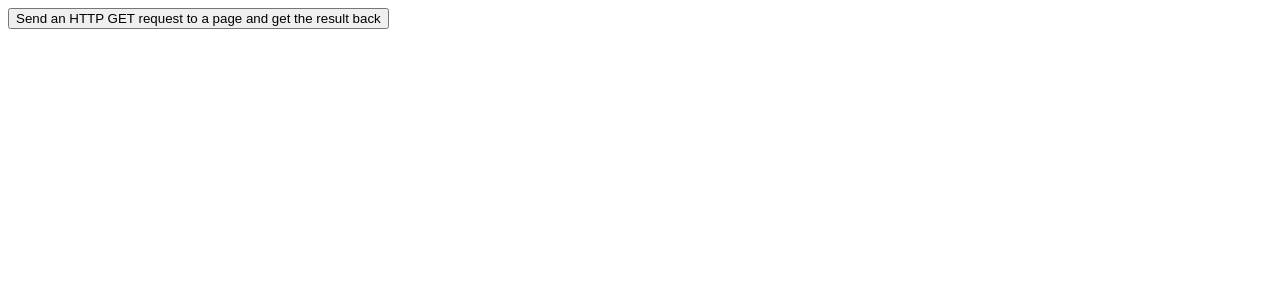
Repository: sudheerj/jQuery
Page: jQueryExamples/chapter07/Post.html
The author's editor kept a copy of each file at every save. The page is drawn from the files as they stood at one save, then again after a run of saves.
The browser window is 1280 px wide. The pictures show the whole page.

Above is the page before, as saved 2016-10-22 10:14:19.

After the next 2 saves:
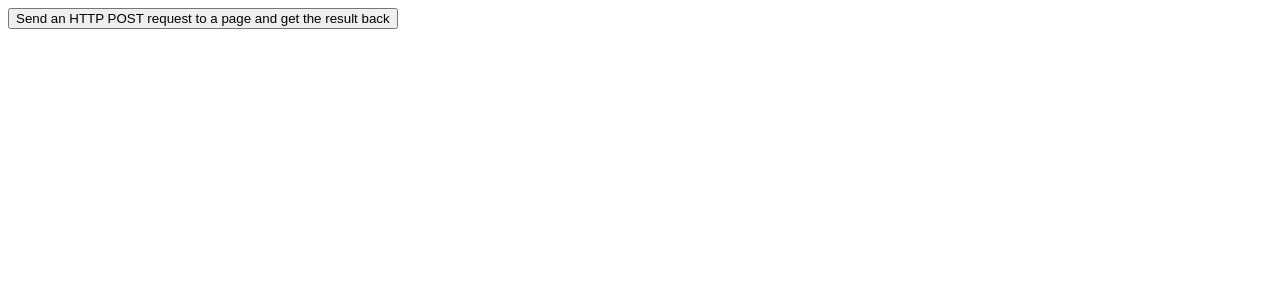
The 2 saves are shown as one change because they came seconds apart.
The last was saved 2 min 5 s later.
--- a/jQueryExamples/chapter07/Post.html
+++ b/jQueryExamples/chapter07/Post.html
@@ -6,7 +6,10 @@
 		<script>
 			$(document).ready(function() {
 				$("button").click(function() {
-					$.get("ajax/demo_test.txt", function(data, status) {
+					$.post("demo_test_post.asp", {
+						name : "Donald Duck",
+						city : "Duckburg"
+					}, function(data, status) {
 						alert("Data: " + data + "\nStatus: " + status);
 					});
 				});
@@ -16,7 +19,7 @@
 	<body>
 
 		<button>
-			Send an HTTP GET request to a page and get the result back
+			Send an HTTP POST request to a page and get the result back
 		</button>
 
 	</body>
